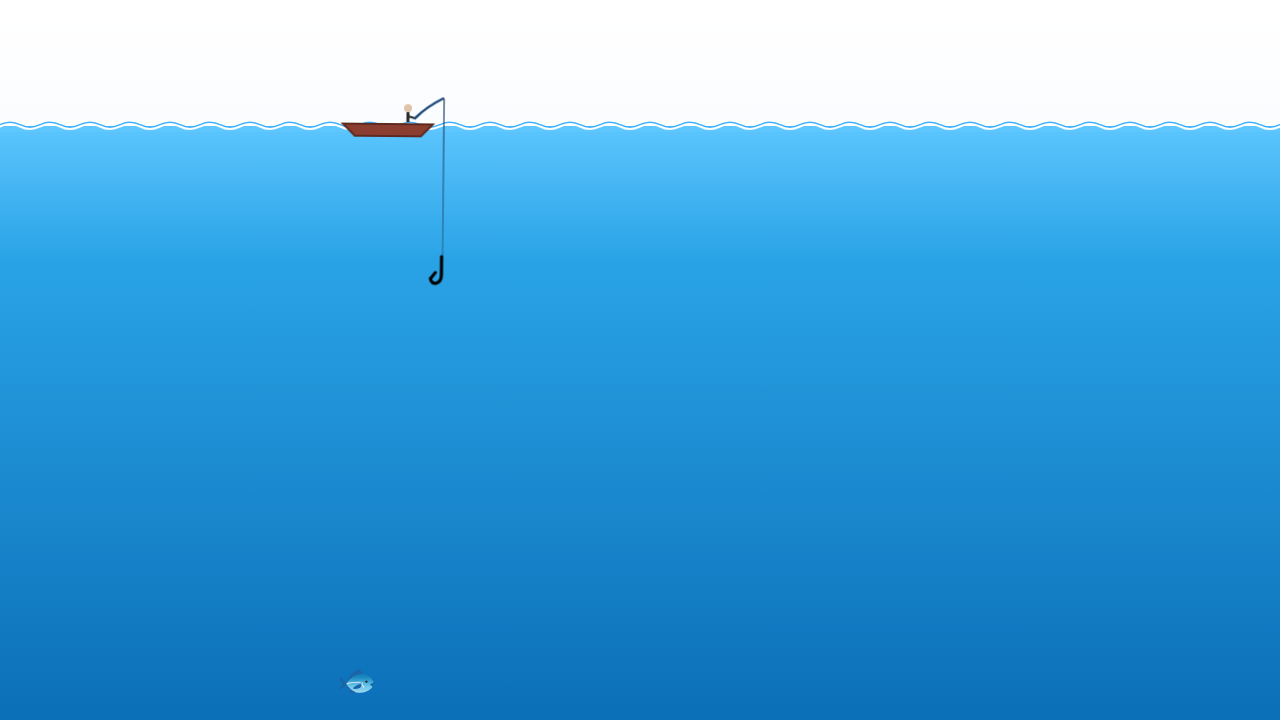
Repository: DeepFriedTurkey441/fd_game_project
Page: index.html
These files come from the project's save history. The page is drawn as it stood at one moment and after the next save; the edit follows.
The browser window is 1280 px wide. The pictures show the whole page.

Above is the page before, as saved 2025-09-23 07:29:59.

After the next save:
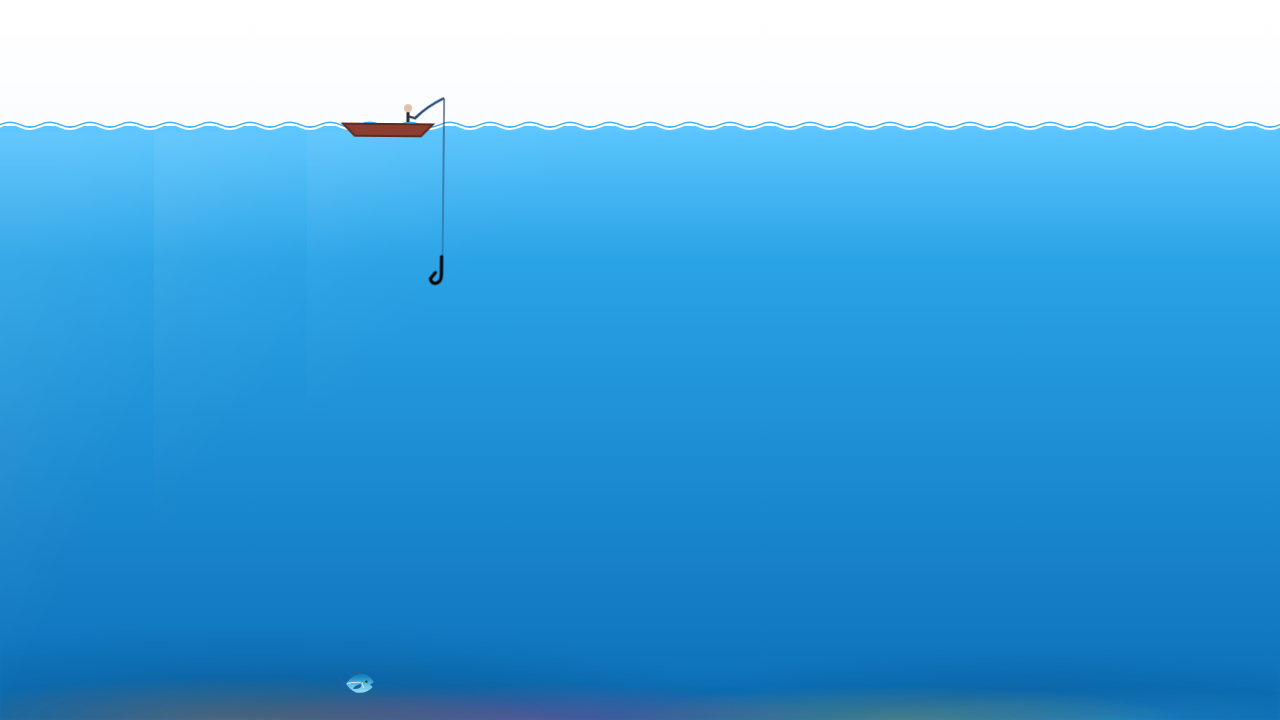
Saved 2 min 31 s later.
--- a/style.css
+++ b/style.css
@@ -53,6 +53,41 @@ body {
   }
   .boat svg { width: 100%; height: 100%; display: block; }
   /* (reverted) */
+
+/* Reef layers (behind fish) */
+#reef-back, #reef-mid, #reef-fore {
+    position: absolute; left: 0; right: 0; bottom: 0;
+    pointer-events: none;
+}
+#reef-back { height: 44vh; background:
+    radial-gradient(70% 50% at 20% 100%, rgba(0,40,70,0.25), transparent 60%),
+    radial-gradient(60% 40% at 80% 100%, rgba(0,45,80,0.22), transparent 58%);
+    z-index: 0; filter: blur(2px) saturate(0.9);
+}
+#reef-mid { height: 36vh; background:
+    radial-gradient(55% 40% at 30% 100%, rgba(10,70,120,0.26), transparent 60%),
+    radial-gradient(50% 35% at 75% 100%, rgba(8,90,150,0.22), transparent 62%);
+    z-index: 1; filter: blur(1.2px) saturate(1.0);
+}
+#reef-fore { height: 28vh; background:
+    radial-gradient(40% 35% at 18% 100%, rgba(255,130,60,0.28), transparent 62%),
+    radial-gradient(38% 30% at 42% 100%, rgba(255,70,120,0.28), transparent 62%),
+    radial-gradient(36% 28% at 70% 100%, rgba(255,200,60,0.24), transparent 62%),
+    radial-gradient(34% 26% at 88% 100%, rgba(90,200,255,0.22), transparent 62%);
+    z-index: 2; filter: saturate(1.1);
+    mask-image: linear-gradient(to top, black 60%, rgba(0,0,0,0) 100%);
+    -webkit-mask-image: linear-gradient(to top, black 60%, rgba(0,0,0,0) 100%);
+}
+
+/* God-rays */
+#light-rays { position: absolute; left:0; right:0; top: calc(100vh/6); bottom:0; pointer-events:none; z-index:1;
+  background:
+    linear-gradient(115deg, rgba(255,255,255,0.12) 10%, rgba(255,255,255,0.0) 35%) 0 0/40% 100% no-repeat,
+    linear-gradient(125deg, rgba(255,255,255,0.10) 8%, rgba(255,255,255,0.0) 32%) 20% 0/40% 100% no-repeat,
+    linear-gradient(135deg, rgba(255,255,255,0.08) 6%, rgba(255,255,255,0.0) 28%) 40% 0/40% 100% no-repeat;
+  mix-blend-mode: screen;
+  opacity: 0.5;
+}
   .boat .line {
     position: absolute;
     left: 110px; /* exact rod tip in SVG coords */
